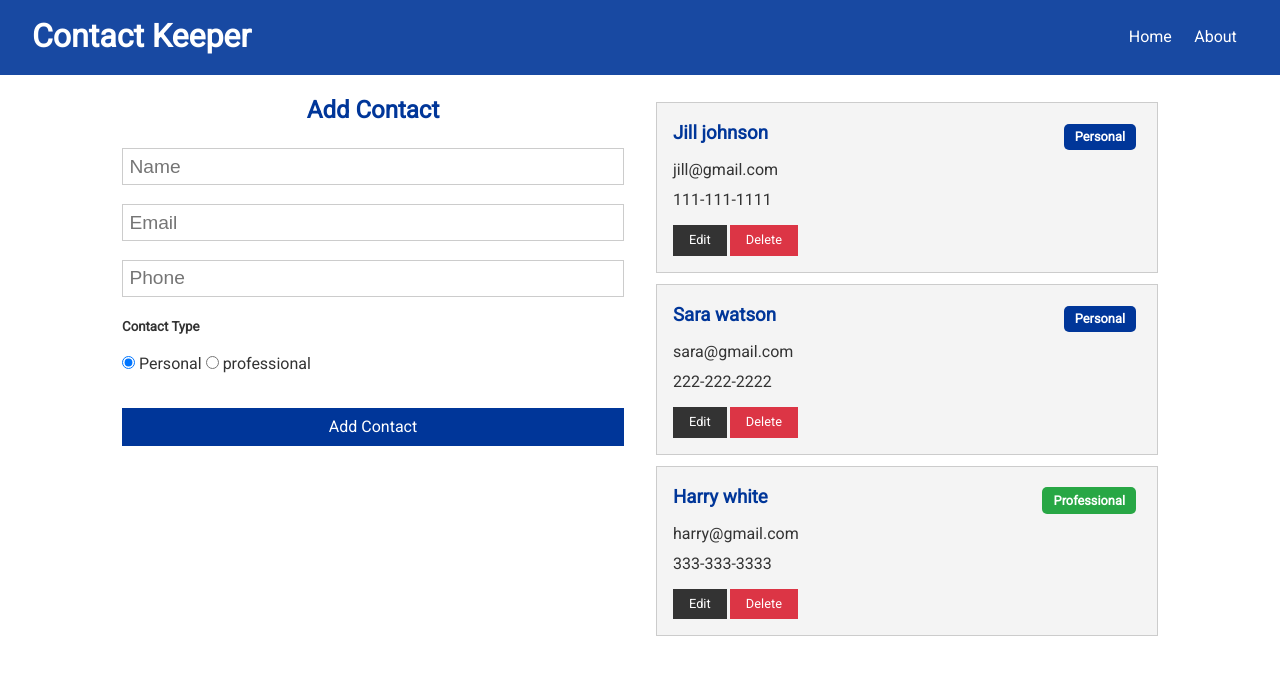
Repository: Izzazkhan/ContactStorage
Page: / (app in client/)
These files come from the project's save history. The page is drawn as it stood at one moment and after the next save; the edit follows.
The browser window is 1280 px wide. The pictures show the whole page.
The project was rebuilt for these pictures with package versions that can differ from the ones it lists, and the page was loaded fresh each time. A package was used in the major version that the imports need, not the one package.json lists. Also part of the build but not shown: client/src/components/pages/About.js.

Above is the page before, as saved 2020-01-21 11:43:30.

### client/public/index.html
<!DOCTYPE html>
<html lang="en">
  <head>
    <meta charset="utf-8" />
    <link rel="icon" href="%PUBLIC_URL%/favicon.ico" />
    <meta name="viewport" content="width=device-width, initial-scale=1" />
    <meta name="theme-color" content="#000000" />
    <meta
      name="description"
      content="Web site created using create-react-app"
    />
    <link rel="apple-touch-icon" href="%PUBLIC_URL%/logo192.png" />
    <link rel="manifest" href="%PUBLIC_URL%/manifest.json" />
    <title>ContactKeeper | Keep track of your contacts</title>
  </head>
  <body>
    <noscript>You need to enable JavaScript to run this app.</noscript>
    <div id="root"></div>
  </body>
</html>

### client/src/App.js
import React, {Fragment} from 'react';
import {BrowserRouter as Router, Route, Switch} from 'react-router-dom'
import Navbar from './components/layout/Navbar'
import Home from './components/pages/Home'
import About from './components/pages/About'

import ContactState from './context/contact/ContactState'
import './App.css';

const App = () => {
  return (
    <ContactState>
      <Router>
        <Fragment>
        <Navbar />
          <div className="container">
            <Switch>
              <Route exact path='/' component={Home} />
              <Route exact path='/about' component={About} />
            </Switch>
          </div>
        </Fragment>
      </Router>
    </ContactState>
  );
}

export default App;

### client/src/components/layout/Navbar.js
import React from 'react'
import PropTypes from 'prop-types';
import {Link} from 'react-router-dom'
const Navbar = ({ title, icon }) => {
    return (
        <div className="navbar bg-primary">
            <h1>
                <i className={icon} /> {title}
            </h1>
            <ul>
                <li>
                    <Link to='/'>Home</Link>
                </li>
                <li>
                    <Link to='/about'>About</Link>
                </li>
            </ul>
        </div>
    )
}

Navbar.propTypes = {
    title: PropTypes.string.isRequired,
    icon: PropTypes.string,
}

Navbar.defaultProps = {
    title: 'Contact Keeper',
    icon: 'fas fa-id-card-alt'
}
export default Navbar

### client/src/components/pages/Home.js
import React from 'react'
import Contacts from '../contacts/Contacts'
import ContactForm from '../contacts/ContactForm'

export const Home = () => {
    return (
        <div className="grid-2">
            <div>
                <ContactForm />
            </div>
            <div>
                <Contacts />
            </div>
        </div>
    )
}
export default Home

### client/src/context/contact/ContactState.js
import React, {useReducer} from 'react'
import uuid from 'uuid'
import ContactContext from './contactContext'
import contactReducer from './contactReducer'
import {
    ADD_CONTACT,
    DELETE_CONTACT,
    SET_CURRENT,
    CLEAR_CURRENT,
    UPDATE_CONTACT,
    FILTER_CONTACTS,
    CLEAR_FILTER
} from '../types'

const ContactState = props => {
    const initialState = {
        contacts: [
            {
                id: 1,
                name: 'Jill johnson',
                email: 'jill@gmail.com',
                phone: '111-111-1111',
                type: 'personal'
            },
            {
                id: 2,
                name: 'Sara watson',
                email: 'sara@gmail.com',
                phone: '222-222-2222',
                type: 'personal'
            },
            {
                id: 3,
                name: 'Harry white',
                email: 'harry@gmail.com',
                phone: '333-333-3333',
                type: 'professional'
            }
        ],
        current: null
    }

    const [state, dispatch] = useReducer(contactReducer, initialState)

    // add contact
    const addContact = contact => {
        contact.id = uuid.v4();
        dispatch({type: ADD_CONTACT, payload: contact})
    }

    // delete contact
    const deleteContact = id => {
        dispatch({type: DELETE_CONTACT, payload: id})
    }

    // set current contact
    const setCurrent = contact => {
        dispatch({type: SET_CURRENT, payload: contact})
    }

    // clear current contact
    const clearCurrent = () => {
        dispatch({type: CLEAR_CURRENT})
    }

    return (
        <ContactContext.Provider
        value={{
            contacts: state.contacts,
            current: state.current,
            addContact,
            deleteContact,
            setCurrent,
            clearCurrent
        }}>
            {props.children}
        </ContactContext.Provider>
    )
}

export default ContactState

### client/src/components/contacts/Contacts.js
import React, {Fragment, useContext} from 'react'
import ContactItem from './ContactItem'
import ContactContext from '../../context/contact/contactContext'
const Contacts = () => {
    const contactContext = useContext(ContactContext);

    const {contacts} = contactContext
    return (
        <Fragment>
            {contacts.map(contact => <ContactItem key={contact.id} contact={contact} />
            )}
        </Fragment>
    )
}
export default Contacts

### client/src/components/contacts/ContactForm.js
import React, {useState, useContext} from 'react'
import ContactContext from '../../context/contact/contactContext'

const ContactForm = () => {
    const contactContext = useContext(ContactContext);

    const [contact, setContact] = useState({
        name: '',
        email: '',
        phone: '',
        type: 'personal'
    })

    const {name, email, phone, type} = contact;

    const onChange = e => setContact({ ...contact, [e.target.name]: e.target.value })

    const onSubmit = e => {
        e.preventDefault();
        contactContext.addContact(contact);
        setContact({
            name: '',
            email: '',
            phone: '',
            type: 'personal'
        })
    }

    return (
        <form onSubmit={onSubmit}>
            <h2 className='text-primary'>Add Contact</h2>
            <input type='text' placeholder='Name' name='name' value={name} onChange={onChange} />
            <input type='email' placeholder='Email' name='email' value={email} onChange={onChange} />
            <input type='text' placeholder='Phone' name='phone' value={phone} onChange={onChange} />
            <h5>Contact Type</h5>
            <input type='radio' name='type' value='personal' checked={type === 'personal'}
            onChange={onChange} /> Personal{' '}
            <input type='radio' name='type' value='professional' checked={type === 'professional'}
            onChange={onChange} /> professional
            <div>
                <input type='submit' value='Add Contact' className='btn btn-primary btn-block' />
            </div>
        </form>
    )
}

export default ContactForm

### client/src/context/contact/contactContext.js
import {createContext } from 'react'

const contactContext = createContext()

export default contactContext

### client/src/context/contact/contactReducer.js
import {
    ADD_CONTACT,
    DELETE_CONTACT,
    SET_CURRENT,
    CLEAR_CURRENT,
    UPDATE_CONTACT,
    FILTER_CONTACTS,
    CLEAR_FILTER
} from '../types'

export default (state, action) => {
    switch (action.type) {
        case ADD_CONTACT:
            return {
                ...state,
                contacts: [...state.contacts, action.payload]
            }
        case DELETE_CONTACT:
            return {
                ...state,
                contacts: state.contacts.filter(contact => contact.id !== action.payload)
            }
        case SET_CURRENT:
            return {
                ...state,
                current: action.payload
            }
            case CLEAR_CURRENT:
                return {
                    ...state,
                    current: null
                }
        default:
            return state
    }
}

### client/src/context/types.js
export const ADD_CONTACT = 'ADD_CONTACT'
export const DELETE_CONTACT = 'DELETE_CONTACT'
export const SET_CURRENT = 'SET_CURRENT'
export const CLEAR_CURRENT = 'CLEAR_CURRENT'
export const UPDATE_CONTACT = 'UPDATE_CONTACT'
export const CLEAR_FILTER = 'CLEAR_FILTER'
export const FILTER_CONTACTS = 'FILTER_CONTACTS'
export const SET_ALERT = 'SET_ALERT'
export const REMOVE_ALERT = 'REMOVE_ALERT'

### client/src/components/contacts/ContactItem.js
import React, {useContext} from 'react'
import PropTypes from 'prop-types';
import ContactContext from '../../context/contact/contactContext'

export const ContactItem = ({contact}) => {
    const contactContext = useContext(ContactContext);

    const {deleteContact, setCurrent, clearCurrent} = contactContext;

    const {id, name, email, phone, type} = contact;

    const onDelete = () => {
        deleteContact(id);
        clearCurrent();
    }

    return (
        <div className='card bg-light'>
            <h3 className="text-primary text-left">
                {name}{' '} <span style={{float: 'right'}} className={'badge ' + (type === 'professional' ?
                    'badge-success' : 'badge-primary')}>{type.charAt(0).toUpperCase() + type.slice(1)}</span>
            </h3>
            <ul className='list'>
                {email && (<li>
                    <i className="fas fa-envelope-open" /> {email}
                </li>)}
                {phone && (<li>
                    <i className="fas fa-phone" /> {phone}
                </li>)}
            </ul>
            <p>
                <button className='btn btn-dark btn-sm' onClick={() => setCurrent(contact)}>Edit</button>
                <button className='btn btn-danger btn-sm' onClick={onDelete} >Delete</button>
            </p>
        </div>
    )
}


ContactItem.propTypes = {
    contact: PropTypes.object.isRequired
}
export default ContactItem

Loaded but not shown: client/src/index.js (common file); client/src/App.css (common file)

After the next save:
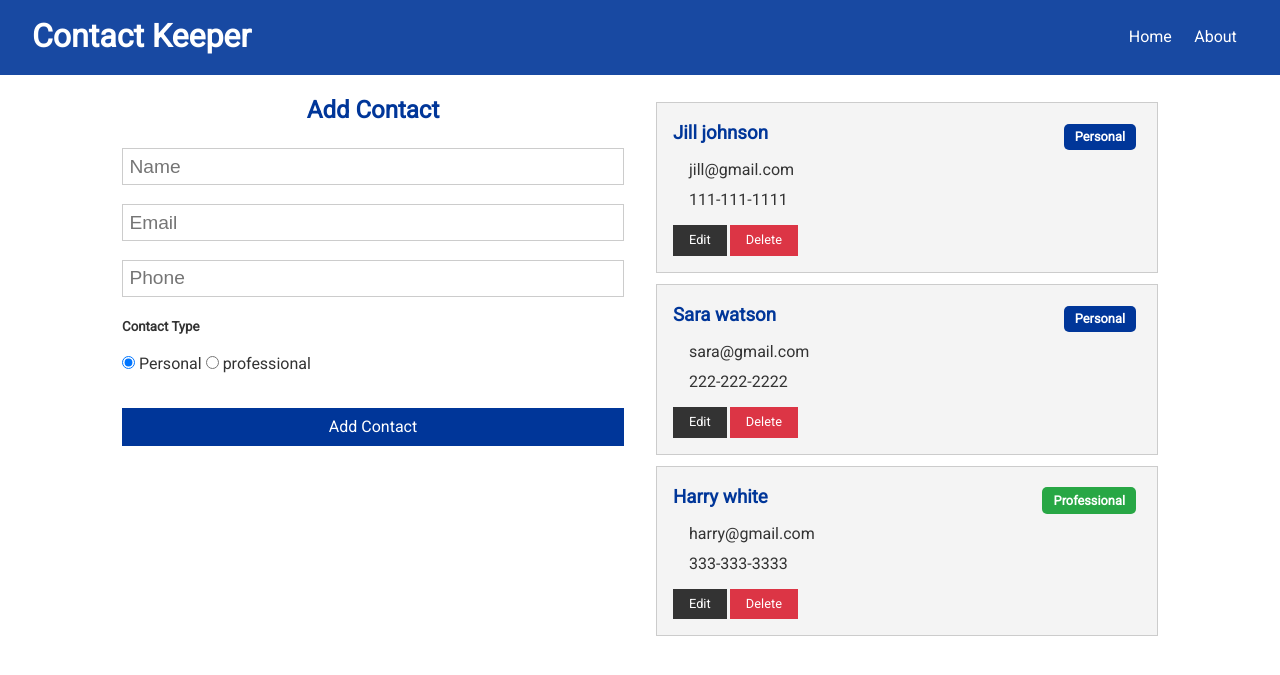
Saved 28 h 29 min later.
--- a/client/public/index.html
+++ b/client/public/index.html
@@ -11,6 +11,7 @@
     />
     <link rel="apple-touch-icon" href="%PUBLIC_URL%/logo192.png" />
     <link rel="manifest" href="%PUBLIC_URL%/manifest.json" />
+    <link href="https://stackpath.bootstrapcdn.com/font-awesome/4.7.0/css/font-awesome.min.css" rel="stylesheet" integrity="sha384-wvfXpqpZZVQGK6TAh5PVlGOfQNHSoD2xbE+QkPxCAFlNEevoEH3Sl0sibVcOQVnN" crossorigin="anonymous">
     <title>ContactKeeper | Keep track of your contacts</title>
   </head>
   <body>
